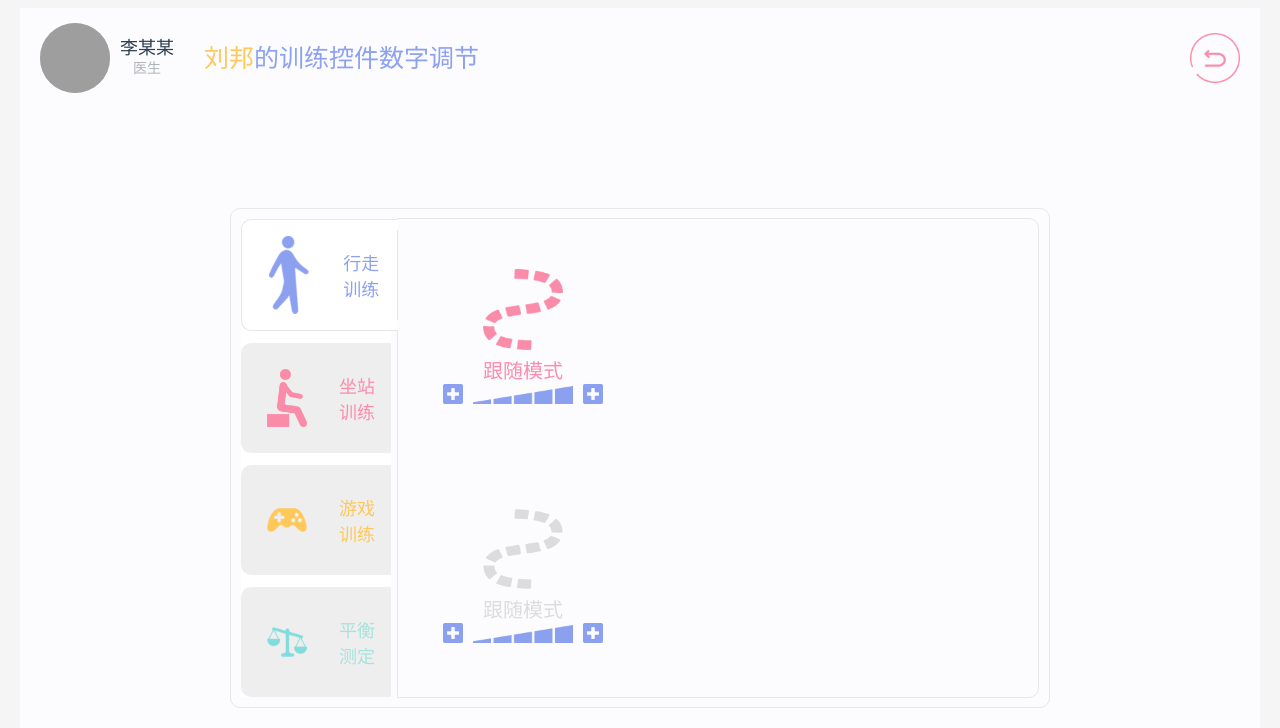
Repository: wangdanqing90/electron-vue-doctor
Page: /#/trainingAdjust
The author's editor kept a copy of each file at every save. The page is drawn from the files as they stood at one save, then again after the next save.
The browser window is 1280 px wide. The pictures show the whole page.
Pictures or frames that could not be fetched are drawn as grey boxes. The project was rebuilt for these pictures with package versions that can differ from the ones it lists, and the page was loaded fresh each time. Also part of the build but not shown: vue.config.js, src/views/Home.vue, src/assets/styles/variable.scss, src/assets/styles/iconfont.css.

Above is the page before, as saved 2020-01-15 11:09:39.

### public/index.html
<!DOCTYPE html>
<html lang="en">
  <head>
    <meta charset="utf-8">
    <meta http-equiv="X-UA-Compatible" content="IE=edge">
    <meta name="viewport" content="width=device-width,initial-scale=1.0">
    <link rel="icon" href="<%= BASE_URL %>favicon.ico">
    <title>electron-vue-demo</title>
  </head>
  <body>
    <noscript>
      <strong>We're sorry but electron-vue-demo doesn't work properly without JavaScript enabled. Please enable it to continue.</strong>
    </noscript>
    <div id="app"></div>
    <!-- built files will be auto injected -->
  </body>
</html>

### src/main.js
import Vue from 'vue'
import ElementUI from 'element-ui';
import 'element-ui/lib/theme-chalk/index.css';
import App from './App.vue'
import router from './router'
import store from './store'


import './assets/styles/variable.scss';
import './assets/styles/base.scss';
import './assets/styles/common.scss';
import './assets/styles/iconfont.css';
import common from './assets/js/common.js';


Vue.config.productionTip = false;
Vue.prototype.common = common;
Vue.use(ElementUI);


var vm = new Vue({
  router,
  store,
  render: h => h(App)
}).$mount('#app')





//var addon = require('bindings')('hello');var addon = require('bindings')('hello');
//alert(addon.hello()); // 'world'

### src/App.vue
<template>
  <div id="app">
    <!-- <div id="nav">
      <router-link to="/">Home</router-link> |
      <router-link to="/about">About</router-link>
    </div>-->
    <keep-alive>
      <router-view v-if="$route.meta.keepAlive"></router-view>
    </keep-alive>
    <router-view v-if="!$route.meta.keepAlive"></router-view>
  </div>
</template>

<style lang="scss">
#app {
  font-family: "Avenir", Helvetica, Arial, sans-serif;
  -webkit-font-smoothing: antialiased;
  -moz-osx-font-smoothing: grayscale;
  text-align: center;
  color: #2c3e50;
  height: 100%;
}
#nav {
  padding: 30px;
  a {
    font-weight: bold;
    color: #2c3e50;
    &.router-link-exact-active {
      color: #42b983;
    }
  }
}
</style>

### src/assets/styles/base.scss
html {
  background: #f5f5f5;
  height: 100%;
}

body {
  height: 100%;
}

p {
  margin: 0;
  padding: 0;
}

ol,
ul {
  list-style: none;
  margin: 0;
  padding: 0;
}

a {
  cursor: pointer;
}

.wrap-white {
  background: #fff;
  padding-left: 20px;
  padding-right: 20px;
  overflow: hidden;

}

.el-breadcrumb {
  margin-bottom: 15px;
}

.el-titleText {
  font-size: 20px;
  color: black;
  height: 64px;
  line-height: 64px;
}

//::-webkit-scrollbar {
//  width: 5px;
//  height: 5px;
//}
//
//::-webkit-scrollbar:horizontal {
//  height: 15px;
//}
//
//::-webkit-scrollbar-track-piece:vertical {
//  background-color: rgba(0, 0, 0, 0.2);
//  -webkit-border-radius: 6px;
//}
//
//::-webkit-scrollbar-track:horizontal {
//  background-color: rgba(0, 0, 0, 0.2);
//}
//
//::-webkit-scrollbar-thumb:vertical {
//  height: 5px;
//  background-color: rgba(125, 125, 125, 0.7);
//  -webkit-border-radius: 6px;
//}
//
//::-webkit-scrollbar-thumb:horizontal {
//  width: 5px;
//  background-color: rgba(125, 125, 125, 0.7);
//}

input[type="text"],
input[type="number"] {
  //-webkit-appearance: none;
  background-color: #fff;
  border-radius: 4px;
  border: 1px solid #d8dce5;
  box-sizing: border-box;
  color: #5a5e66;
  display: inline-block;
  font-size: inherit;
  height: 40px;
  line-height: 1;
  outline: 0;
  padding: 0 15px;
  -webkit-transition: border-color .2s cubic-bezier(.645, .045, .355, 1);
  transition: border-color .2s cubic-bezier(.645, .045, .355, 1);
  width: 100%;

  &:hover {
    border-color: #b4bccc;
  }

  &:focus {
    border-color: #409EFF;
    outline: 0;
  }
}

/*滚动条*/
::-webkit-scrollbar {
  -webkit-appearance: none;
}

::-webkit-scrollbar:vertical {
  width: 10px;
}

::-webkit-scrollbar:horizontal {
  height: 10px;
}

::-webkit-scrollbar-thumb {
  background-color: rgba(0, 0, 0, .5);
  border-radius: 10px;
  border: 2px solid #ffffff;
}

::-webkit-scrollbar-track {
  border-radius: 10px;
  background-color: #ffffff;
}

/*margin*/
.margin-bottom-240 {
  margin-bottom: 240px;
}

.margin-top--10 {
  margin-top: -10px;
}

.margin-top--15 {
  margin-top: -15px;
}

.margin-top--18 {
  margin-top: -18px;
}

.margin-top--20 {
  margin-top: -20px;
}

.margin-top--40 {
  margin-top: -40px;
}

.margin-top--60 {
  margin-top: -60px;
}

.margin-top--80 {
  margin-top: -80px;
}

.margin-top--180 {
  margin-top: -180px;
}

.margin-top-0 {
  margin-top: 0px !important;
}

.margin-top-10 {
  margin-top: 10px;
}

.margin-top-15 {
  margin-top: 15px;
}

.margin-top-20 {
  margin-top: 20px;
}

.margin-top-25 {
  margin-top: 25px;
}

.margin-top-30 {
  margin-top: 30px;
}

.margin-top-35 {
  margin-top: 35px;
}

.margin-top-40 {
  margin-top: 40px;
}

.margin-top-46 {
  margin-top: 46px;
}

.margin-top-50 {
  margin-top: 50px;
}

.margin-top-60 {
  margin-top: 60px;
}

.margin-top-70 {
  margin-top: 70px;
}

.margin-top-80 {
  margin-top: 80px;
}

.margin-top-100 {
  margin-top: 100px;
}

.margin-bottom-0 {
  margin-bottom: 0px !important;
}

.margin-bottom-5 {
  margin-bottom: 5px;
}

.margin-bottom-10 {
  margin-bottom: 20px;
}

.margin-bottom-20 {
  margin-bottom: 20px;
}

.margin-bottom-25 {
  margin-bottom: 25px;
}

.margin-bottom-30 {
  margin-bottom: 30px;
}

.margin-bottom-40 {
  margin-bottom: 40px;
}

.margin-bottom-50 {
  margin-bottom: 50px;
}

.margin-bottom-60 {
  margin-bottom: 60px;
}

.margin-bottom-70 {
  margin-bottom: 70px;
}

.margin-left-0 {
  margin-left: 0px !important;
}

.margin-left-5 {
  margin-left: 5px;
}

.margin-left--15 {
  margin-left: -15px;
}

.margin-left--35 {
  margin-left: -35px;
}

.margin-left-10 {
  margin-left: 10px;
}

.margin-left-25 {
  margin-left: 25px;
}

.margin-left-30 {
  margin-left: 30px;
}

.margin-left-40 {
  margin-left: 40px;
}

.margin-right-0 {
  margin-right: 0px;
}

.margin-right-5 {
  margin-right: 5px;
}

.margin-right-10 {
  margin-right: 10px;
}

.margin-right-30 {
  margin-right: 30px;
}


.margin-right--15 {
  margin-right: -15px;
}

.margin-right--35 {
  margin-right: -35px;
}

.margin-right--50 {
  margin-right: -50px;
}

.margin-0 {
  margin: 0px;
}

.padding-top-5 {
  padding-top: 5px;
}

.padding-top-10 {
  padding-top: 10px;
}

.padding-top-15 {
  padding-top: 15px;
}

.padding-top-20 {
  padding-top: 20px;
}

.padding-top-26 {
  padding-top: 26px;
}

.padding-top-30 {
  padding-top: 30px;
}

.padding-top-35 {
  padding-top: 35px;
}

.padding-top-40 {
  padding-top: 40px;
}

.padding-top-60 {
  padding-top: 60px;
}

.padding-top-70 {
  padding-top: 70px;
}

.padding-top-100 {
  padding-top: 100px;
}

.padding-top-150 {
  padding-top: 150px;
}

.padding-top-250 {
  padding-top: 250px;
}

.padding-left-0 {
  padding-left: 0px;
}

.padding-left-5 {
  padding-left: 5px;
}

.padding-left-7 {
  padding-left: 7.5px;
}

.padding-left-10 {
  padding-left: 10px;
}

.padding-left-12 {
  padding-left: 12px;
}

.padding-left-15 {
  padding-left: 15px;
}

.padding-left-20 {
  padding-left: 20px;
}

.padding-left-24 {
  padding-left: 24px;
}

.padding-left-30 {
  padding-left: 30px;
}

.padding-left-40 {
  padding-left: 40px;
}

.padding-left-50 {
  padding-left: 50px;
}

.padding-left-70 {
  padding-left: 70px;
}

.padding-left-90 {
  padding-left: 90px;
}

.padding-bottom-5 {
  padding-bottom: 5px;
}

.padding-bottom-10 {
  padding-bottom: 10px;
}

.padding-bottom-20 {
  padding-bottom: 20px;
}

.padding-bottom-26 {
  padding-bottom: 26px;
}

.padding-bottom-30 {
  padding-bottom: 30px;
}

.padding-bottom-40 {
  padding-bottom: 40px;
}

.padding-bottom-50 {
  padding-bottom: 50px;
}

.padding-bottom-60 {
  padding-bottom: 60px;
}

.padding-bottom-100 {
  padding-bottom: 100px;
}

.padding-right-0 {
  padding-right: 0px;
}

.padding-right-7 {
  padding-right: 7.5px;
}

.padding-right-15 {
  padding-right: 15px;
}

.padding-right-30 {
  padding-right: 30px;
}

.padding-right-40 {
  padding-right: 40px;
}

.padding-right-50 {
  padding-right: 50px;
}

.padding-right-60 {
  padding-right: 60px;
}

.padding-right-90 {
  padding-right: 90px;
}

.padding-0 {
  padding: 0px !important;
}

.padding-15 {
  padding: 15px;
}

.padding-20 {
  padding: 20px;
}

@media (min-width: 992px) {
  .margin-left-15 {
    margin-left: 15px;
  }

  .margin-right-15 {
    margin-right: 15px;
  }
}

body {
  font-size: 12px;
  color: #7F8FA4;
  font-family: "Helvetica Neue", Helvetica, "PingFang SC", "Hiragino Sans GB", "Microsoft YaHei", "微软雅黑", Arial, sans-serif;
  box-sizing: border-box;
}

.container {
  width: 1200px;
  min-height: 100%;
  margin: 0 auto;
  background: #fcfcfe;
  padding: 0 20px;
}

.el-dialog__body {
  font-size: 12px;
}

.pb10 {
  padding-bottom: 10px;
}

.pb30 {
  padding-bottom: 30px;
}

.mb30 {
  margin-bottom: 30px;
}

.toolbar {
  background: #fff;
  padding: 10px;
  margin: 10px 0px;
  text-align: center;
}

.handleMoreWrap .el-dialog__body {
  padding: 10px;
}

.handleMore-title {
  text-align: center;
  padding-bottom: 6px;
}

.handleMoreHeight {
  max-height: 300px;
  overflow: hidden;
  overflow-y: auto;
  border-top: 1px solid #ddd;
  padding-top: 10px;
}

.el-table__header th {
  white-space: nowrap;
  font-size: 12px;
  font-weight: 100;
}

.content-wrapper {
  -webkit-overflow-scrolling: touch;
}

.center {
  text-align: center;
}

.text-right {
  text-align: right;
}

.text-left {
  text-align: left;
}

.f-left {
  float: left;
}

.f-right {
  float: right;
}

.hand {
  cursor: pointer;
}

/*flex兼容*/
.display_flex {
  display: -webkit-box;
  display: -ms-flexbox;
  display: -webkit-flex;
  display: flex;
}

// .display_flex>* {
//   display: block;
// }

.display_inline-flex {
  display: -webkit-inline-box;
  display: -ms-inline-flexbox;
  display: -webkit-inline-flex;
  display: inline-flex;
}

// .display_inline-flex>* {
//   display: block;
// }

/*伸缩流方向*/
.flex-direction_column {
  -webkit-box-orient: vertical;
  -ms-flex-direction: column;
  -webkit-flex-direction: column;
  flex-direction: column;
}

/*主轴对齐*/
.justify-content_flex-center {
  -webkit-box-pack: center;
  -ms-flex-pack: center;
  -webkit-justify-content: center;
  justify-content: center;
}

.justify-content_flex-start {
  -webkit-box-pack: start;
  -ms-flex-pack: start;
  -webkit-justify-content: flex-start;
  justify-content: flex-start;
}

.justify-content_flex-end {
  -webkit-box-pack: end;
  -ms-flex-pack: end;
  -webkit-justify-content: flex-end;
  justify-content: flex-end;
}

.justify-content_flex-justify {
  -webkit-box-pack: justify;
  -ms-flex-pack: justify;
  -webkit-justify-content: space-between;
  justify-content: space-between;
}

.justify-content_flex-around {
  -webkit-box-pack: justify;
  -ms-flex-pack: justify;
  -webkit-justify-content: space-around;
  justify-content: space-around;
}

/*侧轴对齐*/
.align-items_flex-start {
  -webkit-box-align: start;
  -ms-flex-align: start;
  -webkit-align-items: flex-start;
  align-items: flex-start;
}

.align-items_flex-end {
  -webkit-box-align: end;
  -ms-flex-align: end;
  -webkit-align-items: flex-end;
  align-items: flex-end;
}

.align-items_center {
  -webkit-box-align: center;
  -ms-flex-align: center;
  -webkit-align-items: center;
  align-items: center;
}

.align-items_baseline {
  -webkit-box-align: baseline;
  -ms-flex-align: baseline;
  -webkit-align-items: baseline;
  align-items: baseline;
}

/*伸缩性*/
.flex_auto {
  -webkit-box-flex: 1;
  -ms-flex: auto;
  -webkit-flex: auto;
  flex: auto;
}

.flex_1 {
  width: 0;
  -webkit-box-flex: 1;
  -ms-flex: 1;
  -webkit-flex: 1;
  flex: 1;
}

/*显示顺序*/
.order_2 {
  -webkit-box-ordinal-group: 2;
  -ms-flex-order: 2;
  -webkit-order: 2;
  order: 2;
}

.order_3 {
  -webkit-box-ordinal-group: 3;
  -ms-flex-order: 3;
  -webkit-order: 3;
  order: 3;
}

### src/assets/styles/common.scss
.clearfix {

  &::after {
    display: block;
    height: 0;
    content: ".";
    clear: both;
    visibility: hidden;
  }
}

.float-left {
  float: left;
}

.float-right {
  float: right;
}

.align-left {
  text-align: left;
}

.align-right {
  text-align: right;
}

.small-size {
  font-size: 12px !important;
}

.large-size {
  font-size: 16px !important;
}

.New-elFrom {
  padding: 10px;
  background: #fff;

  .el-form-item {
    margin-bottom: 0;
  }

  .el-form-item__label {
    padding: 0;
    line-height: 30px;
    font-size: 12px;
    color: #7F8FA4;

  }

  .el-form-item__content-btn {
    text-align: center;
    padding: 20px 0 10px;
  }

  .el-select {
    display: block;
  }

  .el-date-editor.el-input,
  .el-input-number--medium {
    width: 100%;
  }
}

.el-radio-group {
  display: flex;
  display: -webkit-flex;
}

.el-radio-group .el-radio-button {
  flex: 1;
}



.el-button.purple,
.el-button.purple:active,
.el-button.purple:focus,
.el-button.purple:hover {
  color: white;
  background-color: #8c69e7;
  border: none;
  box-shadow: 0 2px 12px 0 rgba(240, 240, 240, 0.1)
}



.el-dialog {
  border-radius: 10px;

  .el-dialog__body {
    .purple {
      color: $purpleFontColor;
      font-size: 20px;
    }
  }
}

.el-form-item__label {
  color: $purpleFontColor;
}

.el-message-box .el-message-box__content {
  color: $purpleFontColor;
  font-size: 20px;
  margin: 30px 0;
  text-align: center;
}

.purpleFontColor {
  color: $purpleFontColor;
}

.pinkFontColor {
  color: $pinkFontColor;
}

.greenFontColor {
  color: $greenFontColor;
}

.yellowFontColor {
  color: $yellowFontColor;
}

### src/assets/js/common.js
1
export default {
    login: function () {
        console.log("1111");
    },

    // 判断是否为空
    isNullOrBlank: function (strJudge) {
        return strJudge === null || strJudge === undefined || strJudge === '';
    },

    // 计算两个日期时间差
    DateDiff: function (sDate1, sDate2) { // sDate1和sDate2是2002-12-18格式
        var aDate, oDate1, oDate2, iDays
        aDate = sDate1.split('-')
        oDate1 = new Date(aDate[1] + '-' + aDate[2] + '-' + aDate[0])
        aDate = sDate2.split('-')
        oDate2 = new Date(aDate[1] + '-' + aDate[2] + '-' + aDate[0])
        iDays = parseInt(Math.abs(oDate1 - oDate2) / 1000 / 60 / 60 / 24)
        return iDays
    }
}

### src/views/TrainingAdjust/TrainingAdjust.vue
/* eslint-disable vue/no-unused-vars */
<template>
  <div class="container">
    <HeaderDoctor :leftImg="leftImg" :title="title" :titleName="titleName">
      <template v-slot:right>
        <div class="header-right-div display_flex justify-content_flex-center align-items_center">
          <img src="@/../images/back.png" @click="backClick" />
        </div>
      </template>
    </HeaderDoctor>

    <div class="inform-container">
      <div class="inform-inner display_flex justify-content_flex-justify align-items_center">
        <div
          class="left display_inline-flex flex-direction_column justify-content_flex-justify align-items_center"
        >
          <div
            class="left-inner"
            :class="activeClass == index ? 'active':''"
            v-for="(item,index) in tagList"
            :key="index"
            @click="getItem(index)"
          >
            <div
              class="left-inner-inner display_flex justify-content_flex-around align-items_center"
            >
              <img :src="item.imgsrc" />
              <div :class="item.colorClass">
                <div>{{item.name}}</div>
                <div>{{item.namebottom}}</div>
              </div>
            </div>
          </div>
        </div>
        <div class="right">
          <div
            class="adjust-container"
            :class="activeRightClass == index ? item.colorClass:''"
            v-for="(item,index) in adjustList"
            :key="index"
            @click="selectClick(index)"
          >
            <div class="top">
              <img :src="item.activeRightClass?item.selectedImg:item.unselectedImg" />
              <div>{{item.title}}</div>
            </div>
            <div class="bottom">
              <Adjust></Adjust>
            </div>
          </div>
        </div>
      </div>
    </div>
  </div>
</template>

<script>
import HeaderDoctor from "@/components/HeaderDoctor/HeaderDoctor.vue";
import Adjust from "@/components/Adjust/Adjust.vue";

export default {
  name: "trainingPlan",
  components: {
    HeaderDoctor,
    Adjust
  },

  data() {
    return {
      leftImg: "",
      activeClass: 0,
      activeRightClass: 0,
      tagList: [
        {
          name: "行走",
          namebottom: "训练",
          id: 1,
          imgsrc: require("@/../images/walkingtraining.png"),
          colorClass: "purpleFontColor"
        },
        {
          name: "坐站",
          namebottom: "训练",
          id: 2,
          imgsrc: require("@/../images/stationtraining.png"),
          colorClass: "pinkFontColor"
        },
        {
          name: "游戏",
          namebottom: "训练",
          id: 3,
          imgsrc: require("@/../images/gametraining.png"),
          colorClass: "yellowFontColor"
        },
        {
          name: "平衡",
          namebottom: "测定",
          id: 4,
          imgsrc: require("@/../images/balancedetermination.png"),
          colorClass: "greenFontColor"
        }
      ],
      adjustList: [
        {
          selectedImg: require("@/../images/followmode_0.png"),
          unselectedImg: require("@/../images/followmode_2.png"),
          title: "跟随模式",
          width: "210px",
          colorClass: "pinkFontColor",
          activeRightClass: true
        },
        {
          selectedImg: require("@/../images/followmode_0.png"),
          unselectedImg: require("@/../images/followmode_2.png"),
          title: "跟随模式",
          width: "210px",
          colorClass: "pinkFontColor",
          activeRightClass: false
        }
      ]
    };
  },
  created() {
    this.leftImg = require("../../../images/logo.png");
    this.title = "的训练控件数字调节";
    this.titleName = "刘邦";
  },
  methods: {
    backClick() {
      this.$router.go(-1);
    },
    getItem(index) {
      this.activeClass = index; // 把当前点击元素的index，赋值给activeClass
    },
    selectClick(index) {
      this.activeRightClass = index; // 把当前点击元素的index，赋值给activeClass
    }
  },
  watch: {}
};
</script>

<style scoped lang="scss">
.header {
  .header-right {
    img {
      width: 50px;
      margin-left: 20px;
    }
  }
}
.inform-container {
  box-sizing: border-box;
  margin: 100px auto;
  height: 500px;
  font-size: 12px;
  border-radius: 10px;
  border: 1px solid #e7e7e7;
  width: 820px;

  .inform-inner {
    box-sizing: border-box;
    padding: 10px;
    height: 100%;
    font-size: 18px;
    .left {
      width: 150px;
      background: white;
      height: 100%;
      z-index: 10;
      .left-inner {
        width: 100%;
        border-radius: 10px 0 0 10px;
        background: #eeeeee;
        .left-inner-inner {
          height: 90px;
          margin: 10px 0 10px 10px;
        }
        img {
          width: 40px;
        }
      }
      .active {
        background: white;
        border-top: 1px solid #e7e7e7;
        border-left: 1px solid #e7e7e7;
        border-bottom: 1px solid #e7e7e7;
        width: 156px;
        margin-right: -6px;
        .left-inner-inner {
          border-right: 1px solid #e7e7e7;
        }
      }
    }
    .right {
      width: 640px;
      height: 100%;
      border-top: 1px solid #e7e7e7;
      border-right: 1px solid #e7e7e7;
      border-bottom: 1px solid #e7e7e7;
      border-left: 1px solid #e7e7e7;
      border-radius: 0 10px 10px 0;
      color: #dcdcdc;
      .adjust-container {
        width: 210px;
        padding: 50px 20px;
        .purpleFontColor {
          color: $purpleFontColor;
        }

        .pinkFontColor {
          color: $pinkFontColor;
        }

        .greenFontColor {
          color: $greenFontColor;
        }

        .yellowFontColor {
          color: $yellowFontColor;
        }
        .top {
          font-size: 20px;
          img {
            width: 80px;
          }
        }
      }
    }
  }
}
</style>

### src/components/HeaderDoctor/HeaderDoctor.vue
// 头部组件
<template>
  <el-row>
    <el-col :span="24" class="header">
      <div
        @click="jumpDoctorInform"
        class="header-left f-left display_flex justify-content_flex-center align-items_center"
      >
        <el-avatar
          :size="70"
          src="https://cube.elemecdn.com/0/88/03b0d39583f48206768a7534e55bcpng.png"
        ></el-avatar>
        <div
          class="display_flex flex-direction_column justify-content_flex-center align-items_center margin-left-10"
        >
          <div class="name">李某某</div>
          <div class="job">医生</div>
        </div>
      </div>
      <div class="header-middle-name f-left">{{titleName}}</div>
      <div class="header-middle f-left">{{title}}</div>

      <div class="header-right f-right">
        <slot name="right"></slot>
      </div>
    </el-col>
  </el-row>
</template>

<script>
export default {
  name: "HeaderDoctor",
  props: {
    msg: String,
    leftImg: {
      type: String,
      default: "../../../images/logo.png"
    },
    title: { String, default: "" },
    titleName: { String, default: "" }
  },

  data() {
    return {};
  },

  created() {},
  beforeDestroy() {},
  beforeMount() {},
  mounted() {},
  destroyed() {},
  methods: {
    jumpDoctorInform() {
      this.$router.push({
        path: "/detailInform",
        name: "detailInform",
        query: { type: "doctor" }
      });
    }
  }
};
</script>

<style scoped lang="scss">
.header {
  height: 100px;
  line-height: 100px;
  .header-left {
    height: 100%;
    text-align: left;
    margin-right: 30px;
    img {
      width: 150px;
    }
    .name {
      height: 20px;
      line-height: 20px;
      font-size: 18px;
    }
    .job {
      height: 20px;
      line-height: 20px;
      font-size: 14px;
      color: #b0b3b9;
    }
  }
  .header-middle-name {
    font-size: 25px;

    color: $yellowFontColor;
  }
  .header-middle {
    font-size: 25px;

    color: $purpleFontColor;
  }
  .header-right {
    height: 100%;
  }
}

::v-deep .header-right-div {
  height: 100%;
}
</style>

### src/components/Adjust/Adjust.vue
// 调节组件
<template>
  <div class="adjust">
    <img class="adjustLeft" src="@/../images/add_1.png" />
    <img class="adjustMiddle" src="@/../images/blue_5.png" />
    <img class="adjustRight" src="@/../images/add_1.png" />
  </div>
</template>

<script>
export default {
  name: "Adjust",
  props: {
    msg: String,
    leftImg: {
      type: String,
      default: "../../../images/logo.png"
    },
    title: { String, default: "" }
  },

  data() {
    return {};
  },

  created() {},
  beforeDestroy() {},
  beforeMount() {},
  mounted() {},
  destroyed() {},
  methods: {}
};
</script>

<style scoped lang="scss">
.adjust {
  .adjustLeft,
  .adjustRight {
    width: 20px;
  }
  .adjustMiddle {
    width: 100px;
    margin: 0 10px;
  }
}
</style>

Loaded but not shown: src/store.js (common file); src/router.js (99 lines, source omitted)

After the next save:
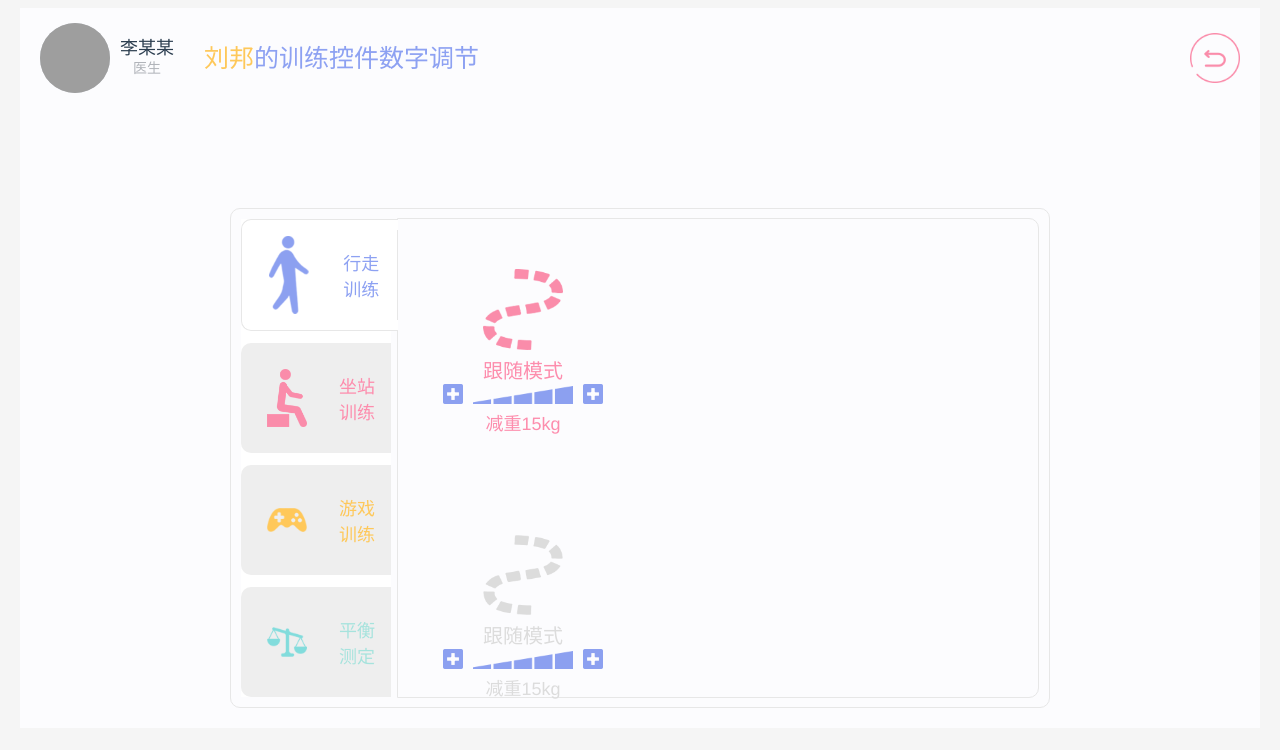
Saved 61 s later.
--- a/src/components/Adjust/Adjust.vue
+++ b/src/components/Adjust/Adjust.vue
@@ -4,6 +4,9 @@
     <img class="adjustLeft" src="@/../images/add_1.png" />
     <img class="adjustMiddle" src="@/../images/blue_5.png" />
     <img class="adjustRight" src="@/../images/add_1.png" />
+    <div class="inform">
+      <span>减重</span>15kg
+    </div>
   </div>
 </template>
 
